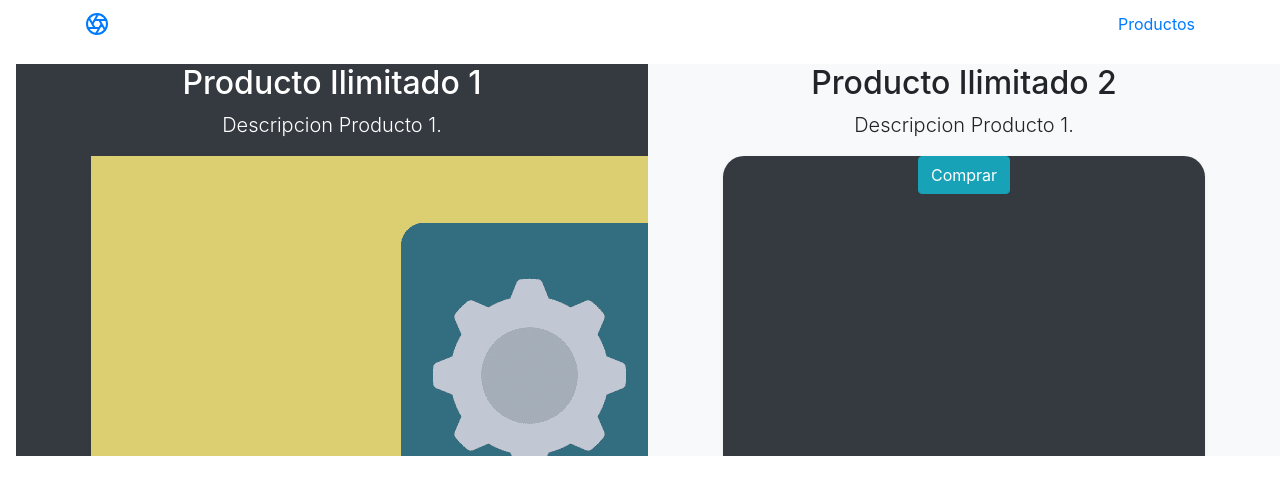
Repository: mapp1990/pasarela
Page: http://localhost/producto
The author's editor kept a copy of each file at every save. The page is drawn from the files as they stood at one save, then again after the next save.
The browser window is 1280 px wide. The pictures show the whole page.
The page is served by the project's Laravel application, run on PHP 8.4 with Laravel 9. Other server files are loaded and not shown.

Above is the page before, as saved 2022-05-27 17:44:10.

### routes/web.php
<?php

use Illuminate\Support\Facades\Route;
use App\Http\Controllers\ProductoController;
/*
|--------------------------------------------------------------------------
| Web Routes
|--------------------------------------------------------------------------
|
| Here is where you can register web routes for your application. These
| routes are loaded by the RouteServiceProvider within a group which
| contains the "web" middleware group. Now create something great!
|
*/

Route::get('/', function () {
    return view('welcome');
});

Route::get('/producto', [ProductoController::class, 'index']);

### app/Http/Controllers/ProductoController.php
<?php

namespace App\Http\Controllers;

use Illuminate\Http\Request;

class ProductoController extends Controller
{
    public function index(){ return view( 'productos' ); }
}

### resources/views/productos.blade.php
<!doctype html>
<link rel="stylesheet" href="https://cdn.jsdelivr.net/npm/bootstrap@4.6.1/dist/css/bootstrap.min.css" integrity="sha384-zCbKRCUGaJDkqS1kPbPd7TveP5iyJE0EjAuZQTgFLD2ylzuqKfdKlfG/eSrtxUkn" crossorigin="anonymous">
<html lang="es">
  <head>
    <meta charset="utf-8">
    <meta name="viewport" content="width=device-width, initial-scale=1">
    <title>Bootstrap demo</title>
  </head>
  <body class="body">
    <nav class="site-header sticky-top py-1">
        <div class="container d-flex flex-column flex-md-row justify-content-between">
            <a class="py-2" href="#" aria-label="Product">
            <svg xmlns="http://www.w3.org/2000/svg" width="24" height="24" fill="none" stroke="currentColor" stroke-linecap="round" stroke-linejoin="round" stroke-width="2" class="d-block mx-auto" role="img" viewBox="0 0 24 24" focusable="false"><title>Product</title><circle cx="12" cy="12" r="10"></circle><path d="M14.31 8l5.74 9.94M9.69 8h11.48M7.38 12l5.74-9.94M9.69 16L3.95 6.06M14.31 16H2.83m13.79-4l-5.74 9.94"></path></svg>
            </a>
            <a class="py-2 d-none d-md-inline-block" href="#">Productos</a>
        </div>
    </nav>

    <div class="d-md-flex flex-md-equal w-100 my-md-3 pl-md-3">

        <div class="bg-dark col-6 text-center text-white overflow-hidden">
            <div class="my-6 py-6">
                <h2 class="display-5">Producto Ilimitado 1</h2>
                <p class="lead">Descripcion Producto 1.</p>
            </div>
            <div class="bg-light shadow-sm mx-auto" style="width: 80%; height: 300px; border-radius: 21px 21px 0 0;">
                <img src="producto.png">
                <button type="button" class="btn btn-info">Comprar</button>
            </div>
        </div>

        <div class="bg-light col-6 text-center overflow-hidden">
            <div class="my-6 p-6">
                <h2 class="display-5">Producto Ilimitado 2</h2>
                <p class="lead">Descripcion Producto 1.</p>
            </div>
            <div class="bg-dark shadow-sm mx-auto" style="width: 80%; height: 300px; border-radius: 21px 21px 0 0;">
                <button type="button" class="btn btn-info">Comprar</button>
            </div>
        </div>

    </div>

  </body>
</html>

Loaded but not shown: app/Providers/AppServiceProvider.php (common file); app/Http/Controllers/Controller.php (common file)

After the next save:
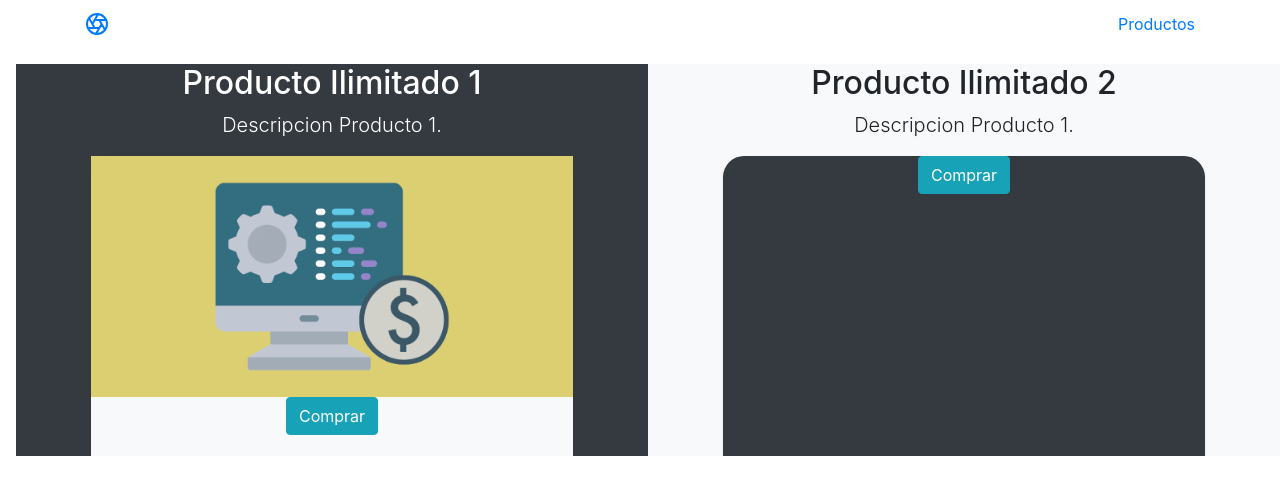
Saved 108 s later.
--- a/resources/views/productos.blade.php
+++ b/resources/views/productos.blade.php
@@ -24,7 +24,7 @@
                 <p class="lead">Descripcion Producto 1.</p>
             </div>
             <div class="bg-light shadow-sm mx-auto" style="width: 80%; height: 300px; border-radius: 21px 21px 0 0;">
-                <img src="producto.png">
+                <img src="producto.png" width="100%">
                 <button type="button" class="btn btn-info">Comprar</button>
             </div>
         </div>
